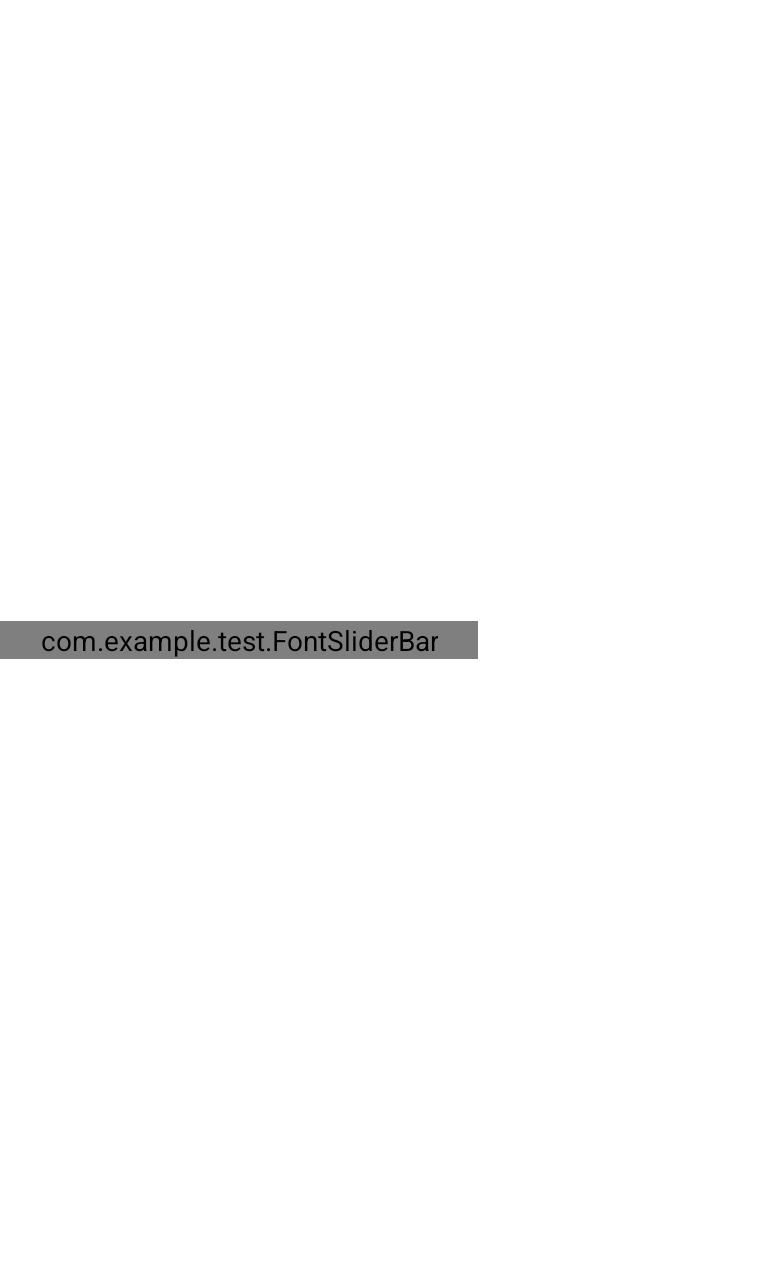
Repository: MichaelChansn/HostAndSlave
Layout: Test/res/layout/activity_main.xml
These files come from the project's save history. The layout is drawn as it stood at one moment and after the next save; the edit follows.
Pictures or frames that could not be fetched are drawn as grey boxes. It is drawn on a 768 x 1280 px phone screen (xhdpi) without system bars, with theme AppTheme; the app's code is not run.

Above is the layout before, as saved 2016-08-22 08:44:23.

### Test/res/layout/activity_main.xml
<RelativeLayout xmlns:android="http://schemas.android.com/apk/res/android"
    xmlns:tools="http://schemas.android.com/tools"
    android:layout_width="match_parent"
    android:layout_height="match_parent"
    tools:context="com.example.test.MainActivity" >

     <!-- <com.example.test.FontView
        android:layout_width="wrap_content"
        android:layout_height="wrap_content"
        android:text="@string/hello_world" />  -->

<!-- <com.example.test.MultiCricleView
     android:layout_width="wrap_content"
        android:layout_height="wrap_content"
    /> -->
    <com.example.test.FontSliderBar
        android:id="@+id/sliderbar"
        android:layout_centerVertical="true"
        android:layout_width="wrap_content"
        android:paddingLeft="20dp"
        android:paddingRight="20dp"
        android:layout_height="wrap_content"
        />
</RelativeLayout>

Loaded but not shown: Test/res/values/styles.xml (common file); Test/res/values-v11/styles.xml (common file); Test/res/values-v14/styles.xml (common file); Test/res/values/strings.xml (common file)

After the next save:
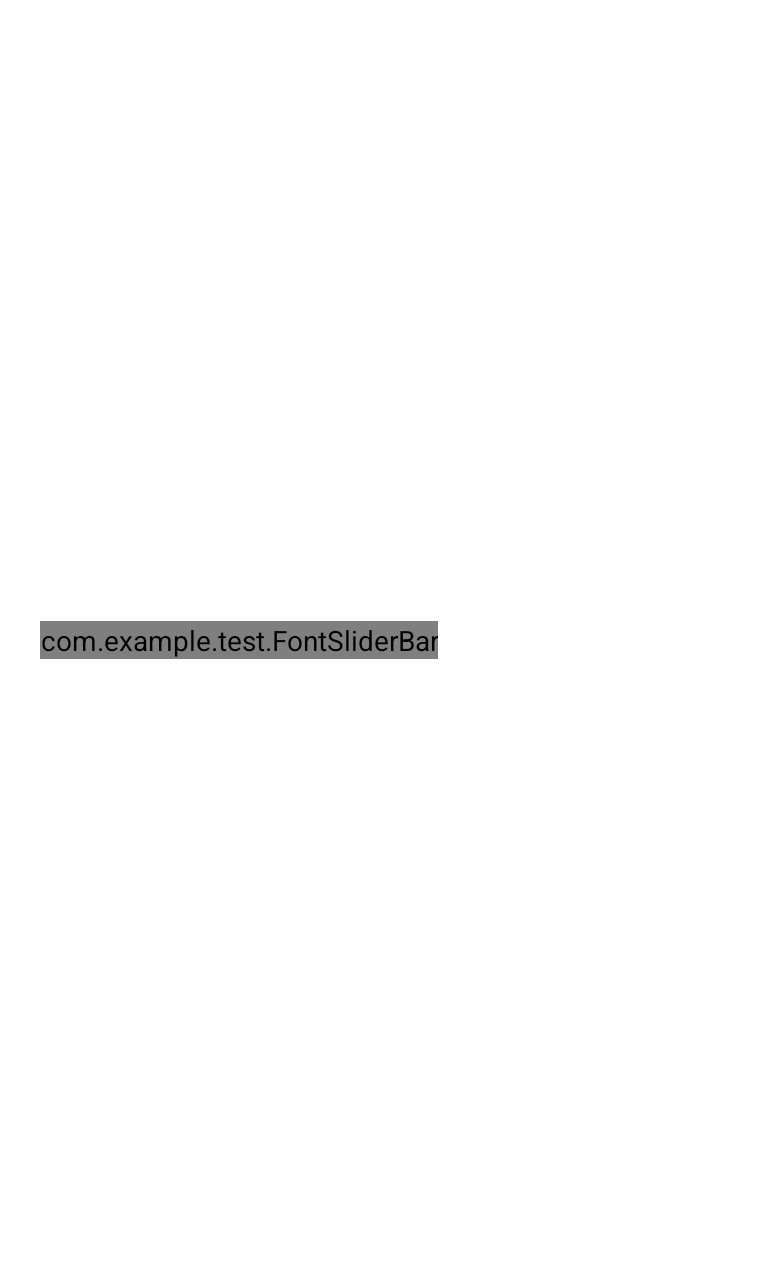
Saved 89 s later.
--- a/Test/res/layout/activity_main.xml
+++ b/Test/res/layout/activity_main.xml
@@ -17,8 +17,8 @@
         android:id="@+id/sliderbar"
         android:layout_centerVertical="true"
         android:layout_width="wrap_content"
-        android:paddingLeft="20dp"
-        android:paddingRight="20dp"
+        android:layout_marginLeft="20dp"
+        android:layout_marginRight="20dp"
         android:layout_height="wrap_content"
         />
 </RelativeLayout>
